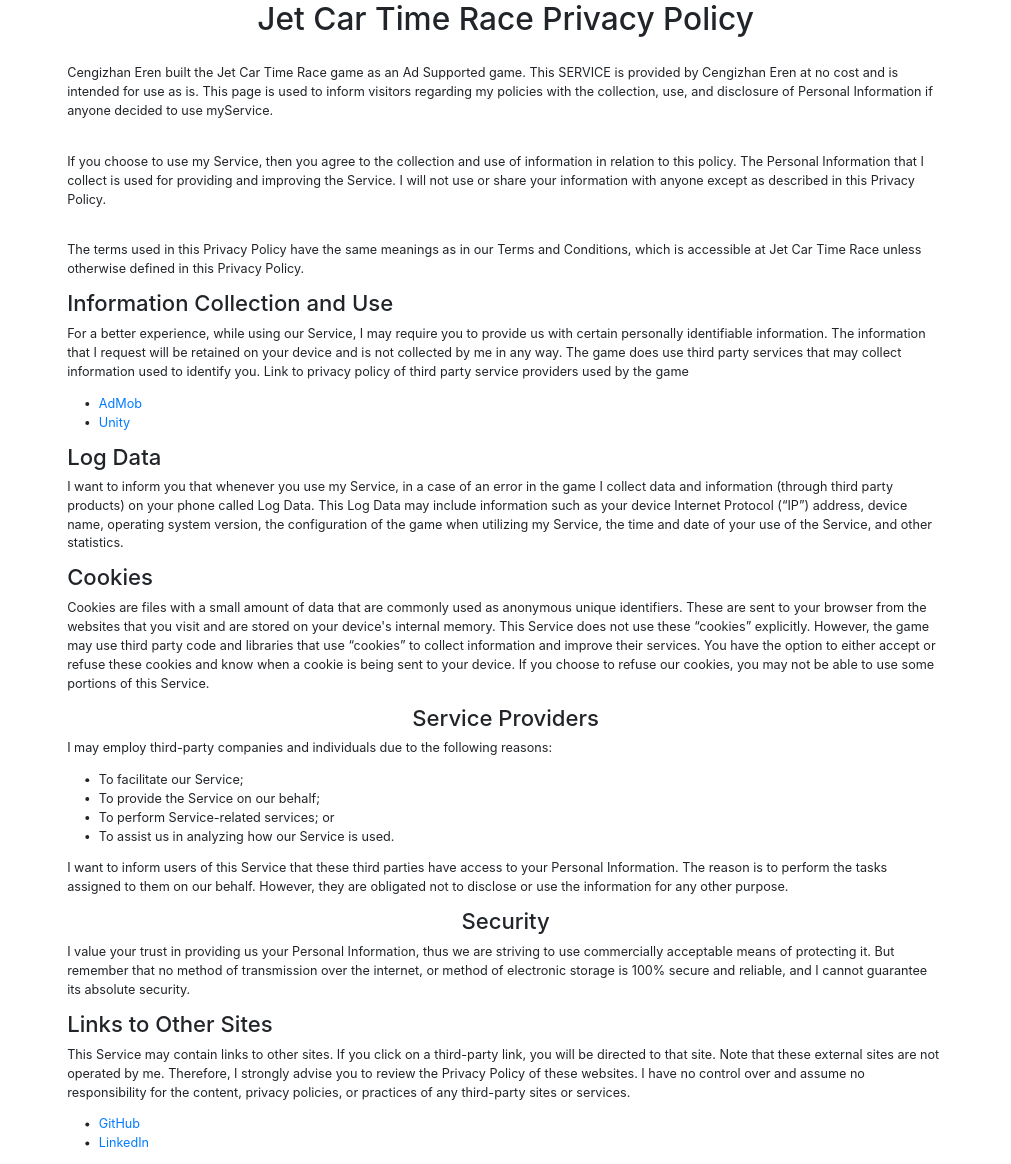
Repository: CengoCengo/cengocengo.github.io
Page: jetcartimeraceprivacypolicy.html
An editor plug-in stored every save of this project. The page is shown before and after the next save, followed by the edit.
The browser window is 1280 px wide. The pictures show the whole page, at 79% of full size.

Above is the page before, as saved 2022-10-11 14:49:54.

### jetcartimeraceprivacypolicy.html
<!DOCTYPE html>
<html lang="en">
<head>
    <meta charset="UTF-8">
    <meta http-equiv="X-UA-Compatible" content="IE=edge">
    <meta name="viewport" content="width=device-width, initial-scale=1, user-scalable=no">
    <link rel="stylesheet" href="https://cdn.jsdelivr.net/npm/bootstrap@4.3.1/dist/css/bootstrap.min.css" integrity="sha384-ggOyR0iXCbMQv3Xipma34MD+dH/1fQ784/j6cY/iJTQUOhcWr7x9JvoRxT2MZw1T" crossorigin="anonymous">

    <!-- <script>
        var firstClick = false
        document.onclick= function(event) {
            if(firstClick == false) {
                var audio = document.createElement("AUDIO")
                audio.setAttribute('id','audioId');
                document.body.appendChild(audio);
                audio.src = "startup.mp3"
                audio.play()
            }
            firstClick = true
        }
    </script> -->


    <title>Jet Car Time Race Privacy Policy</title>
</head>
<body>

    <body class="container">

			<div id="main">
				<!-- Header -->
					<header id="header">
						<h1 class ="text-center">  Jet Car Time Race Privacy Policy </h1>
                        <br>
        				<p>Cengizhan Eren built the Jet Car Time Race game as an Ad Supported game. This SERVICE is provided by Cengizhan Eren at no cost and is intended for use as is. This page is used to inform visitors regarding my policies with the collection, use, and disclosure of Personal Information if anyone decided to use myService.</p> <br>
                        <p>
                            If you choose to use my Service, then you agree to the collection and use of information in relation to this policy. The Personal Information that I
collect is used for providing and improving the Service. I will not use or share your information with anyone except as described in this Privacy Policy.
                        </p>    <br>

                        <p>
                            The terms used in this Privacy Policy have the same meanings as in our Terms and Conditions, which is accessible at Jet Car Time Race unless
otherwise defined in this Privacy Policy.
                        </p>

                        <h3  >
                            Information Collection and Use
                        </h3>

                        <p>
                            For a better experience, while using our Service, I may require you to provide us with certain personally identifiable information. The information that I
request will be retained on your device and is not collected by me in any way.
The game does use third party services that may collect information used to identify you.
Link to privacy policy of third party service providers used by the game
                        </p>

                        <ul>
                            <li><a href="https://support.google.com/admob/answer/6128543?hl=en" target="_blank" class="icon brands fa-github"><span>AdMob</span></a></li>
							<li><a href="https://unity.com/legal/privacy-policy" target="_blank" class="icon brands fa-linkedin"><span>Unity</span></a></li>
                        </ul>

                        <h3>Log Data</h3>
                        <p>
                            I want to inform you that whenever you use my Service, in a case of an error in the game I collect data and information (through third party products)
on your phone called Log Data. This Log Data may include information such as your device Internet Protocol (“IP”) address, device name, operating
system version, the configuration of the game when utilizing my Service, the time and date of your use of the Service, and other statistics.
                        </p>

                        <h3>Cookies</h3>
                        <p>
                            Cookies are files with a small amount of data that are commonly used as anonymous unique identifiers. These are sent to your browser from the
websites that you visit and are stored on your device's internal memory.
This Service does not use these “cookies” explicitly. However, the game may use third party code and libraries that use “cookies” to collect information
and improve their services. You have the option to either accept or refuse these cookies and know when a cookie is being sent to your device. If you
choose to refuse our cookies, you may not be able to use some portions of this Service.
                        </p>

                        <h3 class="text-center">Service Providers</h3>
                        <p>
                            I may employ third-party companies and individuals due to the following reasons:
                        </p>

                        <ul>
                            <li>To facilitate our Service;</li>
                            <li>To provide the Service on our behalf;</li>
                            <li>To perform Service-related services; or </li>
                            <li>To assist us in analyzing how our Service is used.

                         </ul>

                        <p>
                            I want to inform users of this Service that these third parties have access to your Personal Information. The reason is to perform the tasks assigned to
them on our behalf. However, they are obligated not to disclose or use the information for any other purpose.
                        </p>

                        <h3 class="text-center">
                            Security
                        </h3>
                        <p>
                            I value your trust in providing us your Personal Information, thus we are striving to use commercially acceptable means of protecting it. But remember
that no method of transmission over the internet, or method of electronic storage is 100% secure and reliable, and I cannot guarantee its absolute
security.
                        </p>

                        <h3>
                            Links to Other Sites
                        </h3>
                        <p>
                            This Service may contain links to other sites. If you click on a third-party link, you will be directed to that site. Note that these external sites are not
operated by me. Therefore, I strongly advise you to review the Privacy Policy of these websites. I have no control over and assume no responsibility for
the content, privacy policies, or practices of any third-party sites or services.
                        </p>




						<nav>
							<ul>
								<li><a href="https://github.com/cengocengo" target="_blank" class="icon brands fa-github"><span>GitHub</span></a></li>
								<li><a href="https://www.linkedin.com/in/cengizhan-eren" target="_blank" class="icon brands fa-linkedin"><span>LinkedIn</span></a></li>
							</ul>
						</nav>
					</header>
			</div>

        <script src="https://code.jquery.com/jquery-3.3.1.slim.min.js" integrity="sha384-q8i/X+965DzO0rT7abK41JStQIAqVgRVzpbzo5smXKp4YfRvH+8abtTE1Pi6jizo" crossorigin="anonymous"></script>
        <script src="https://cdn.jsdelivr.net/npm/popper.js@1.14.7/dist/umd/popper.min.js" integrity="sha384-UO2eT0CpHqdSJQ6hJty5KVphtPhzWj9WO1clHTMGa3JDZwrnQq4sF86dIHNDz0W1" crossorigin="anonymous"></script>
        <script src="https://cdn.jsdelivr.net/npm/bootstrap@4.3.1/dist/js/bootstrap.min.js" integrity="sha384-JjSmVgyd0p3pXB1rRibZUAYoIIy6OrQ6VrjIEaFf/nJGzIxFDsf4x0xIM+B07jRM" crossorigin="anonymous"></script>
</body>
</html>

After the next save:
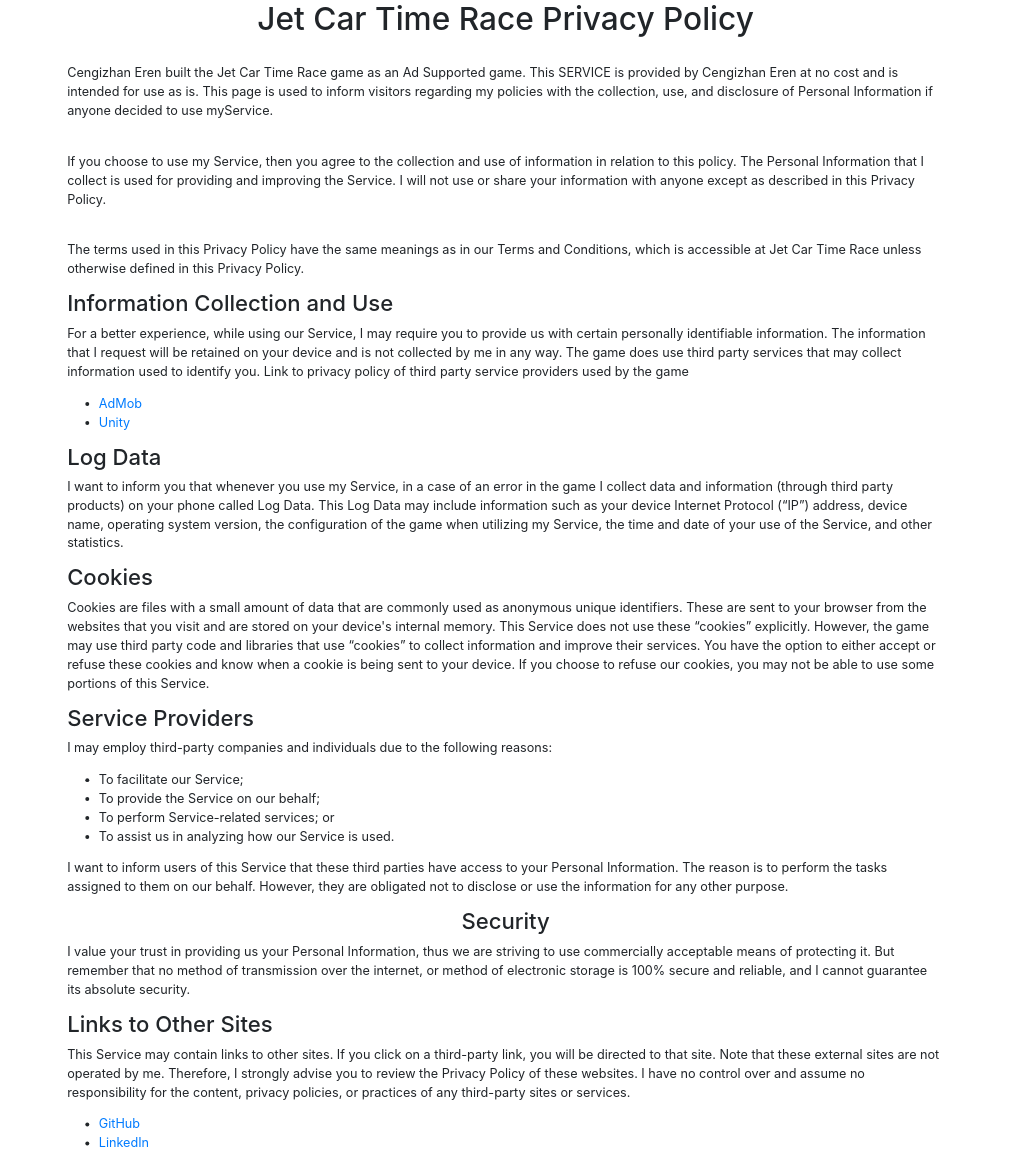
Saved 6 s later.
--- a/jetcartimeraceprivacypolicy.html
+++ b/jetcartimeraceprivacypolicy.html
@@ -75,7 +75,7 @@
 choose to refuse our cookies, you may not be able to use some portions of this Service.
                         </p>
 
-                        <h3 class="text-center">Service Providers</h3>
+                        <h3>Service Providers</h3>
                         <p>
                             I may employ third-party companies and individuals due to the following reasons:
                         </p>
